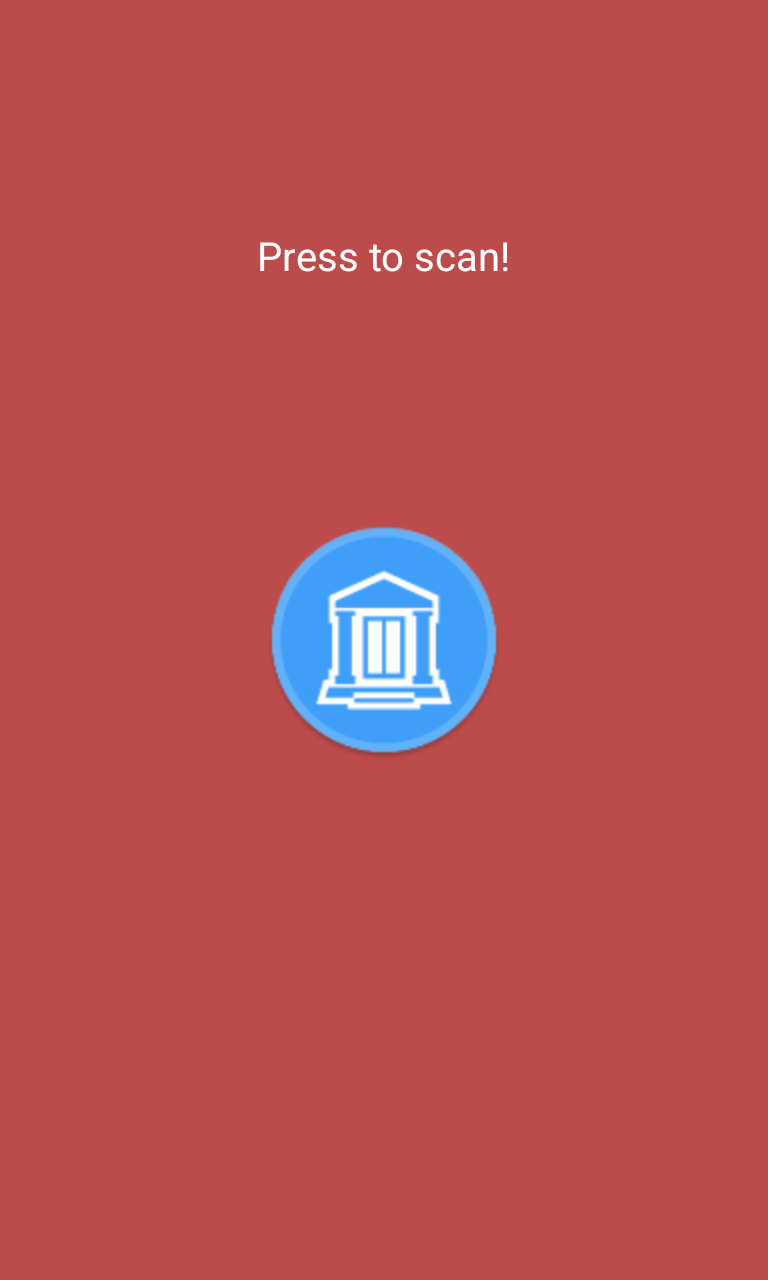
Repository: Kitsopappas/QBIReader
Layout: QBIReader/res/layout/activity_main.xml
These files come from the project's save history. The layout is drawn as it stood at one moment and after the next save; the edit follows.
It is drawn on a 768 x 1280 px phone screen (xhdpi) without system bars, with theme AppTheme; the app's code is not run.

Above is the layout before, as saved 2015-03-19 14:45:41.

After the next save:
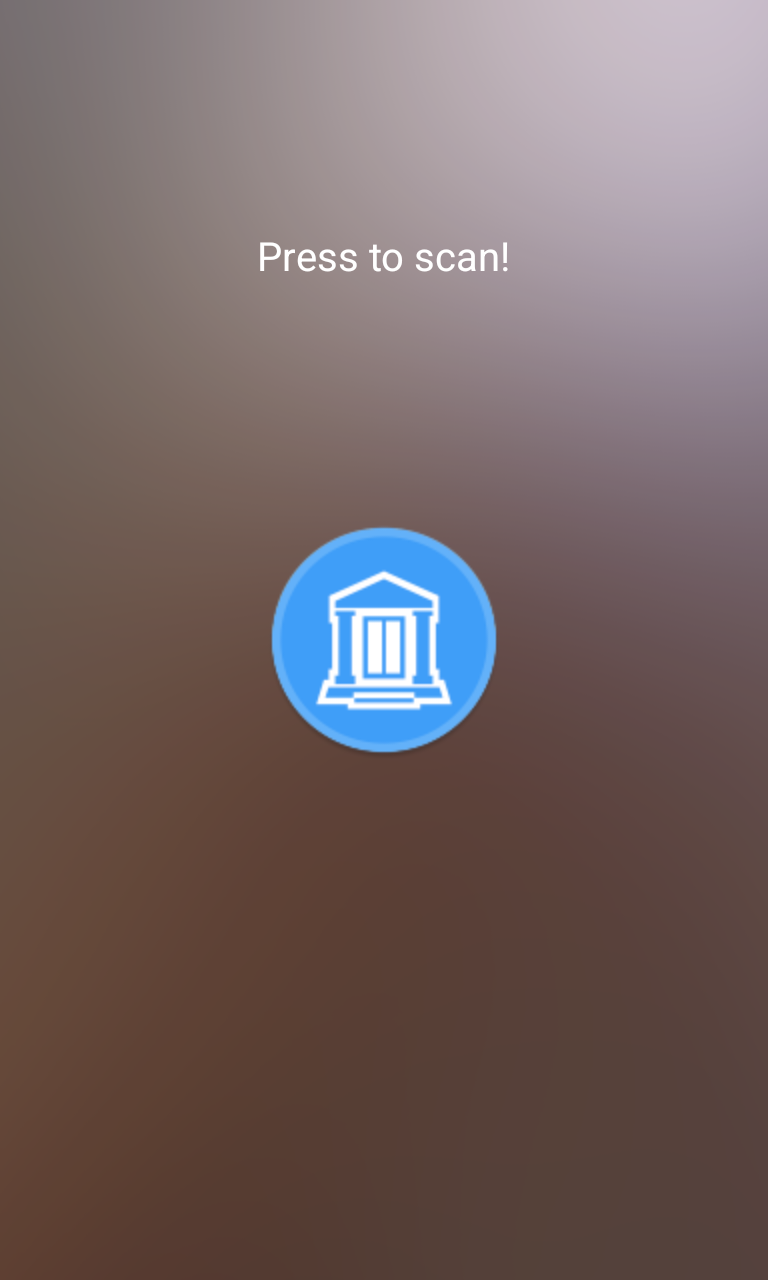
Saved 13 s later.
--- a/QBIReader/res/layout/activity_main.xml
+++ b/QBIReader/res/layout/activity_main.xml
@@ -2,7 +2,7 @@
     xmlns:tools="http://schemas.android.com/tools"
     android:layout_width="match_parent"
     android:layout_height="match_parent"
-    android:background="#bc4b4b"
+    android:background="@drawable/innocent_background"
     android:paddingBottom="@dimen/activity_vertical_margin"
     android:paddingLeft="@dimen/activity_horizontal_margin"
     android:paddingRight="@dimen/activity_horizontal_margin"
@@ -22,7 +22,7 @@
         android:textColor="#ffffff" />
 
     <ImageButton
-        android:id="@+id/imageButton1"
+        android:id="@+id/scan"
         android:layout_width="wrap_content"
         android:layout_height="wrap_content"
         android:contentDescription="@string/pts"
